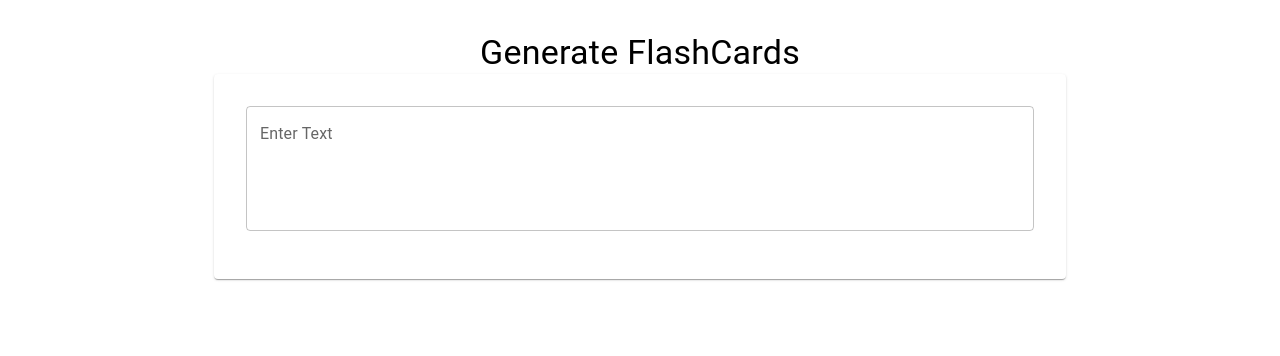
Repository: rakeshpuppala2590/AI-Flashcards-Stripe
Page: /generate
An editor plug-in stored every save of this project. The page is shown before and after the next save, followed by the edit.
The browser window is 1280 px wide. The pictures show the whole page.
The page's requests for data from a server got no answer. The project was rebuilt for these pictures with package versions that can differ from the ones it lists, and the page was loaded fresh each time. Some packages were replaced by stand-ins written for this rebuild. The framework's server and built-in components were replaced by stand-ins that run in the browser. No one was signed in, and anything a server would have sent is missing. Also part of the build but not shown: next.config.mjs.

Above is the page before, as saved 2024-08-12 17:41:28.

After the next save:
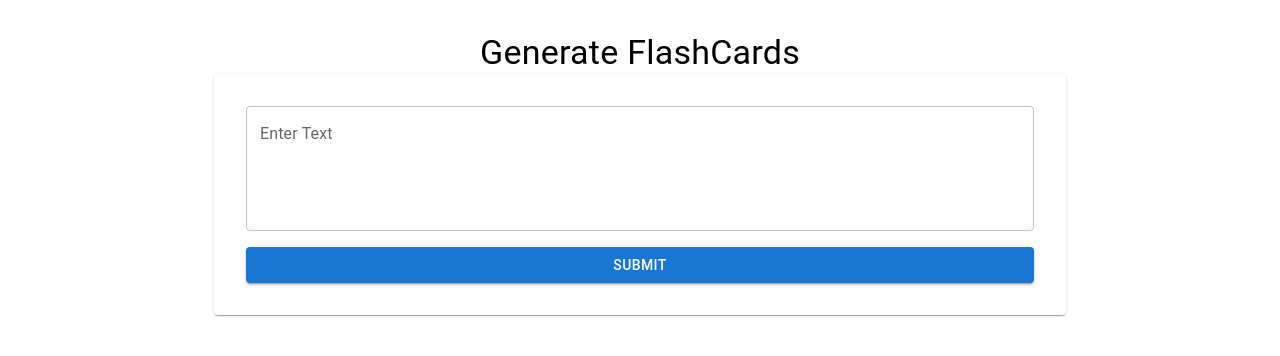
Saved 69 s later.
--- a/src/app/generate/page.js
+++ b/src/app/generate/page.js
@@ -1,7 +1,14 @@
 "use client";
 
 import { useUser } from "@clerk/nextjs";
-import { Typography, Container, Box, Paper, TextField } from "@mui/material";
+import {
+  Typography,
+  Container,
+  Box,
+  Paper,
+  TextField,
+  Button,
+} from "@mui/material";
 
 import { collection, writeBatch } from "firebase/firestore";
 import { useRouter } from "next/navigation";
@@ -94,6 +101,15 @@ export default function Generate() {
             variant="outlined"
             sx={{ mb: 2 }}
           ></TextField>
+          <Button
+            variant="contained"
+            color="primary"
+            fullWidth
+            onClick={handleSubmit}
+          >
+            {""}
+            Submit
+          </Button>
         </Paper>
       </Box>
     </Container>
